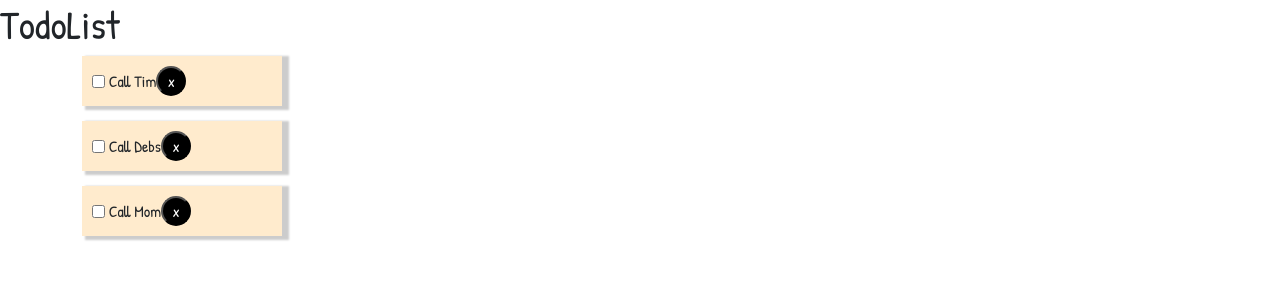
Repository: latenightsnacc/React-Projects
Page: / (app in todolist/)
An editor plug-in stored every save of this project. The page is shown before and after the next save, followed by the edit.
The browser window is 1280 px wide. The pictures show the whole page.
The project was rebuilt for these pictures with package versions that can differ from the ones it lists, and the page was loaded fresh each time.

Above is the page before, as saved 2020-07-02 12:13:42.

After the next save:
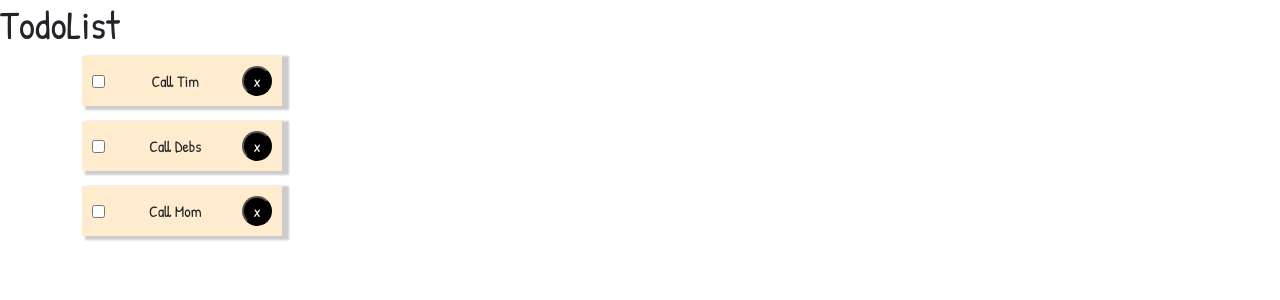
Saved 5 s later.
--- a/todolist/src/components/TodoItem.js
+++ b/todolist/src/components/TodoItem.js
@@ -9,7 +9,7 @@ class TodoItem extends Component {
             padding: '10px',
             display: 'flex',
             alignItems: 'center',
-            justifyContent: 'spaceBetween',
+            justifyContent: 'space-between',
             marginBottom: '15px',
             boxShadow: '5px 2px 2px 2px #cccccc',
             textDecoration: this.props.task.completed ?
